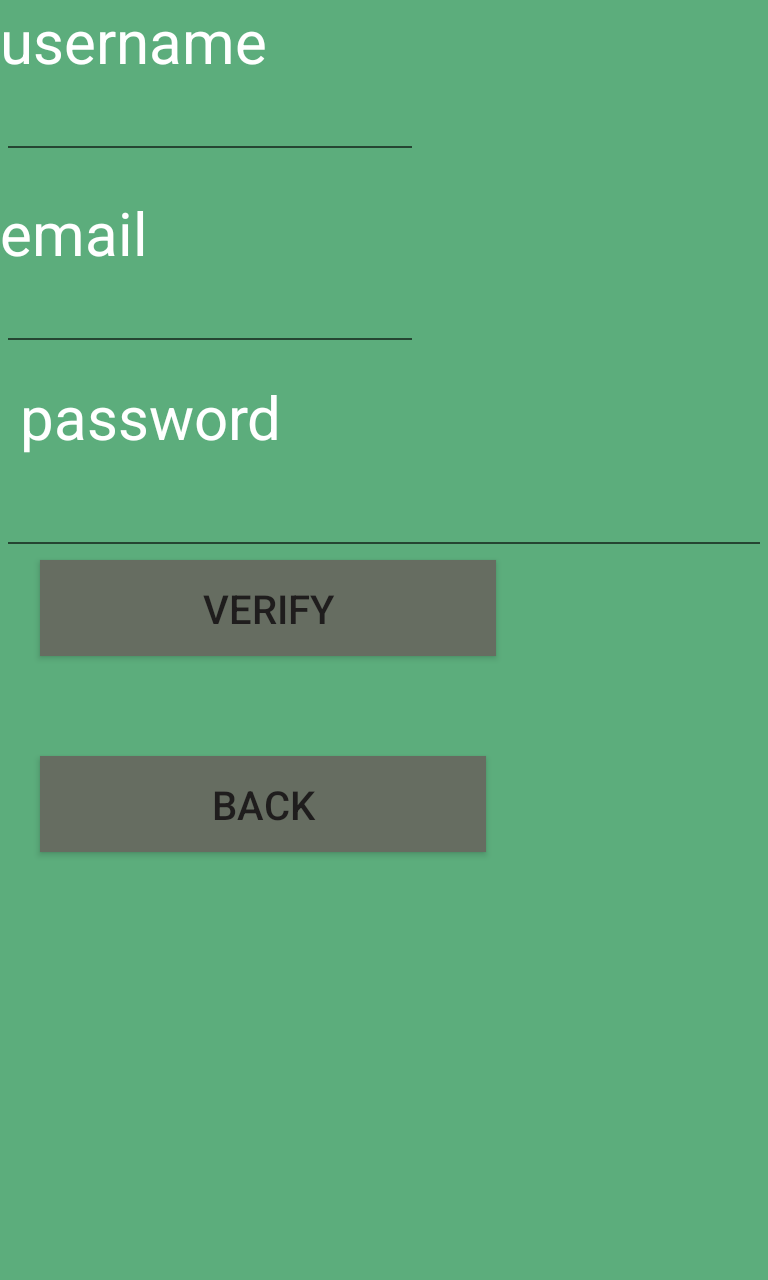
Repository: janemuthoni/icon
Layout: Exam/res/layout/login.xml
These files come from the project's save history. The layout is drawn as it stood at one moment and after the next save; the edit follows.
It is drawn on a 768 x 1280 px phone screen (xhdpi) without system bars, with theme AppTheme; the app's code is not run.

Above is the layout before, as saved 2014-08-07 09:11:14.

After the next save:
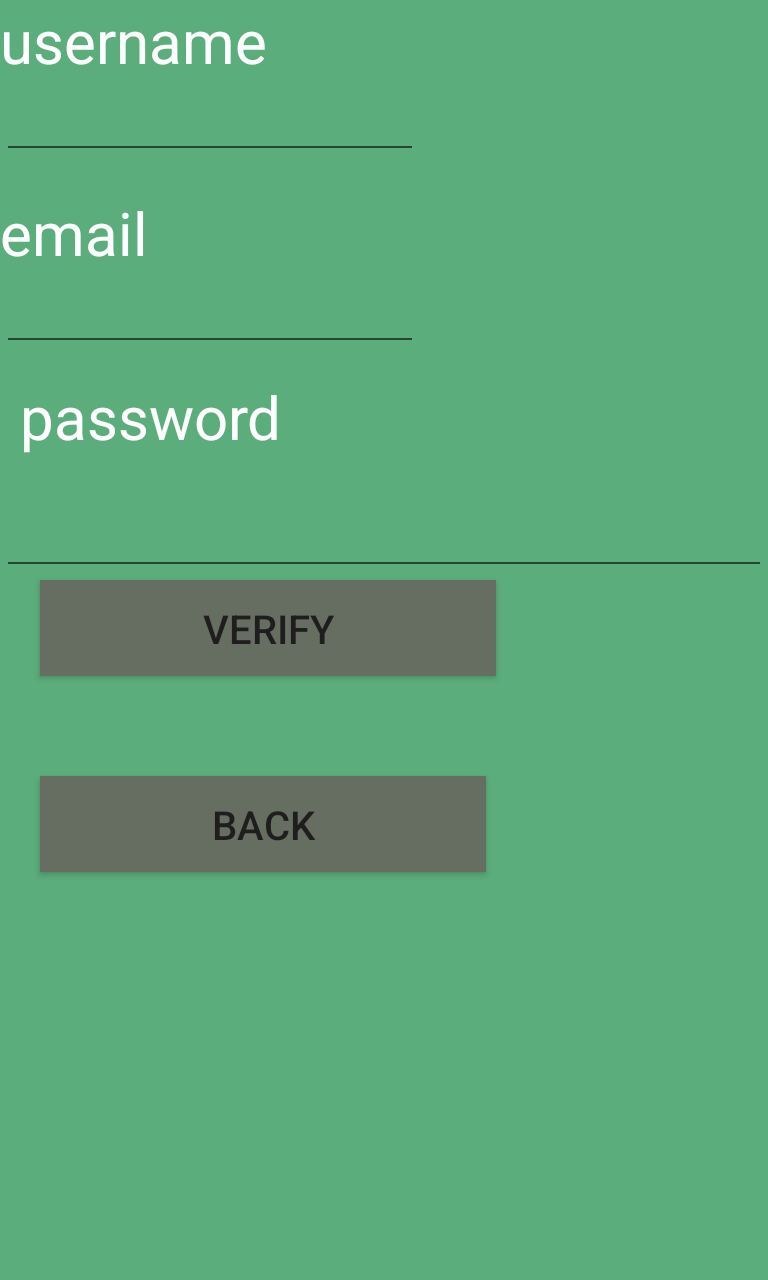
Saved 44 s later.
--- a/Exam/res/layout/login.xml
+++ b/Exam/res/layout/login.xml
@@ -49,27 +49,28 @@
      android:layout_width="match_parent"
      android:layout_height="wrap_content"
      android:ems="10"
-     android:inputType="textPassword" />
+     android:inputType="textPassword"
+     android:layout_marginTop="10dp" />
 
       <Button
           android:id="@+id/buttonverify"
           android:layout_width="228dp"
           android:layout_height="wrap_content"
+          android:layout_marginLeft="20dp"
+          android:background="@color/darkgrey"
           android:text="@string/buttonverify"
           android:textColor="@color/black"
-          android:textSize="20sp"
-          android:layout_marginLeft="20dp"
-          android:background="@color/darkgrey"/>
+          android:textSize="20sp" />
 
       <Button
           android:id="@+id/buttonback"
           android:layout_width="223dp"
           android:layout_height="wrap_content"
+          android:layout_marginLeft="20dp"
+          android:layout_marginTop="50dp"
           android:background="@color/darkgrey"
           android:text="@string/buttonback"
           android:textColor="@color/black"
-          android:textSize="20sp"
-          android:layout_marginLeft="20dp"
-          android:layout_marginTop="50dp" />
+          android:textSize="20sp" />
 
 </LinearLayout>
